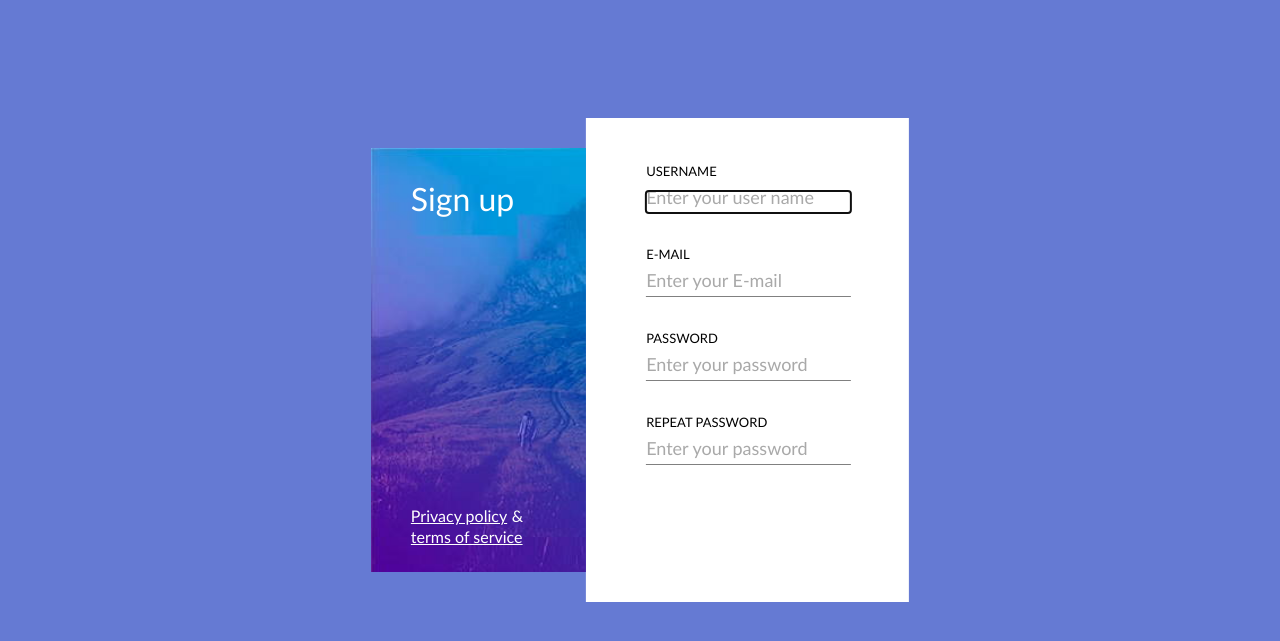
Repository: motiejus1/11-paskaita-adobexd-registracija
Page: index.html
The author's editor kept a copy of each file at every save. The page is drawn from the files as they stood at one save, then again after the next save.
The browser window is 1280 px wide. The pictures show the whole page.
The first visible `input` has the focus.

Above is the page before, as saved 2021-06-17 20:18:43.

After the next save:
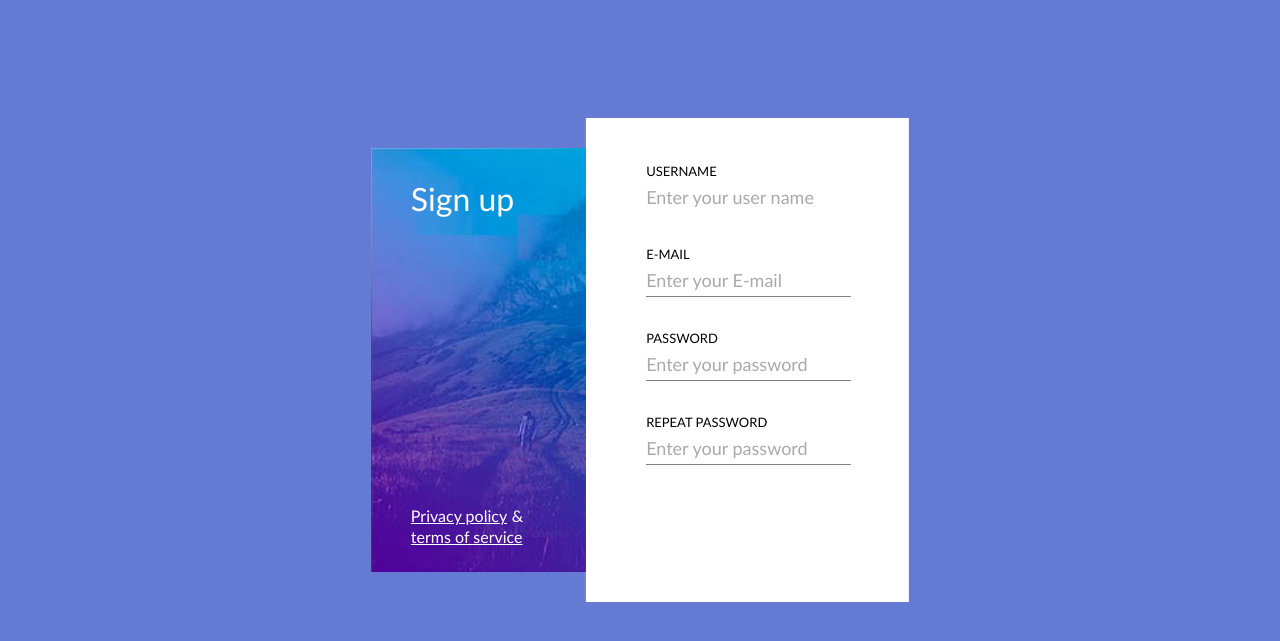
Saved 7 s later.
--- a/index.html
+++ b/index.html
@@ -95,7 +95,7 @@
 
         input:focus {
             border: none;
-
+            outline: none;
         }
         /* klase input */
 
